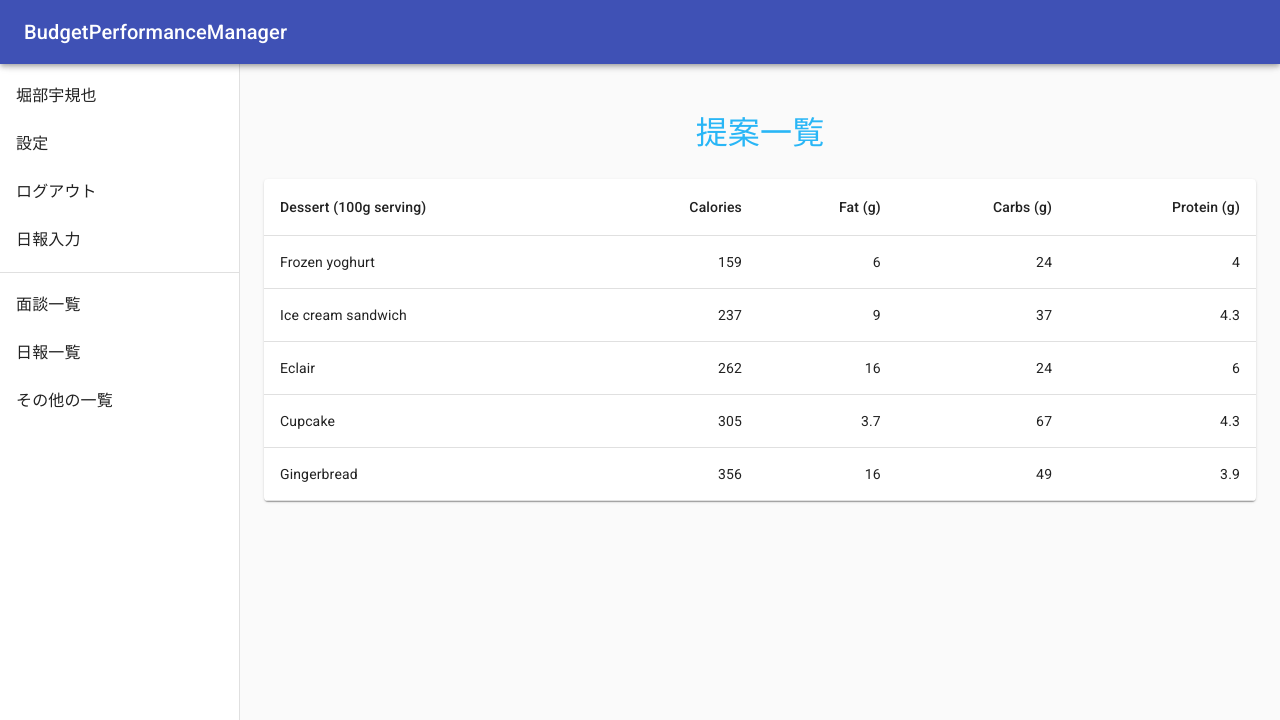
Repository: ukiyah/test
Page: / (app in src/)
These files come from the project's save history. The page is drawn as it stood at one moment and after the next save; the edit follows.
The browser window is 1280 px wide. The pictures show the whole page.
The project was rebuilt for these pictures with package versions that can differ from the ones it lists, and the page was loaded fresh each time. Also part of the build but not shown: src/material-dashboard-react.js, src/Navbars/ref_AdminNavbarLinks/customInputStyle.js, src/Navbars/ref_AdminNavbarLinks/CustomInput.js, src/Navbars/ref_AdminNavbarLinks/buttonStyle.js, src/Navbars/ref_AdminNavbarLinks/Button.js, src/Navbars/ref_AdminNavbarLinks/dropdownStyle.js, src/Navbars/ref_AdminNavbarLinks/headerLinksStyle.js, src/Navbars/AdminNavbarLinks.js and 4 more.

Above is the page before, as saved 2020-02-20 18:49:56.

After the next save:
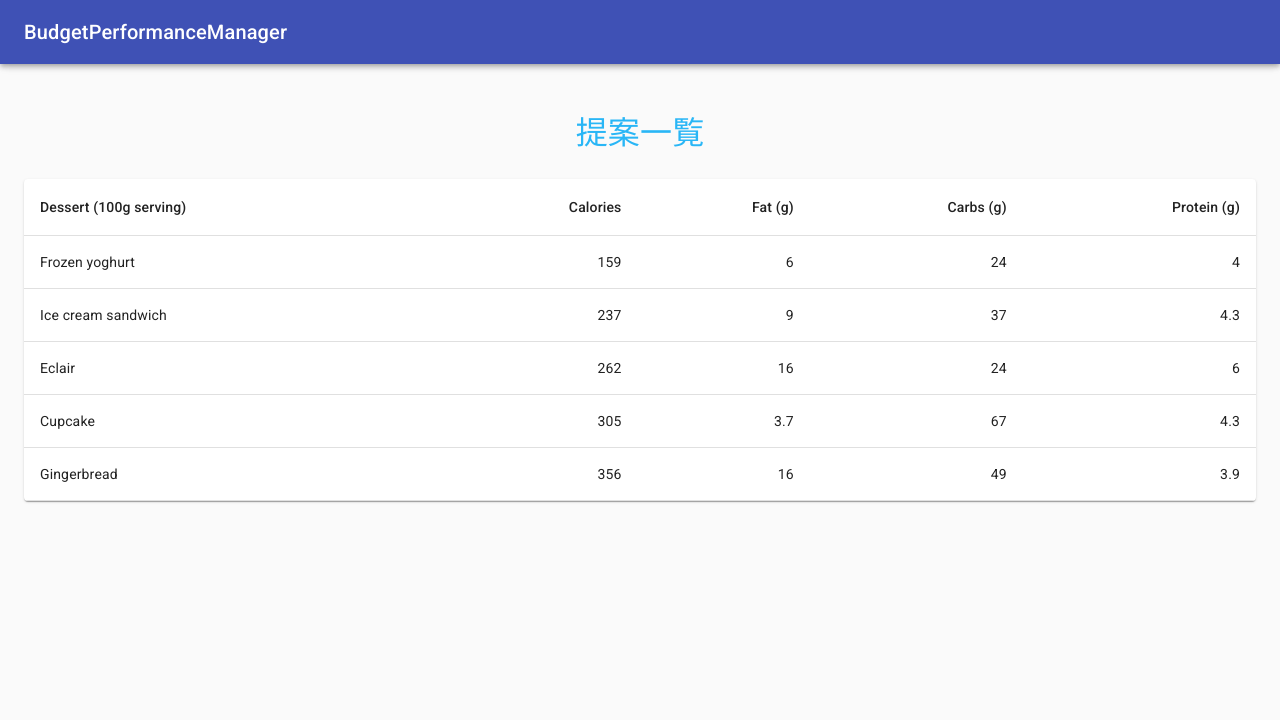
Saved 27 s later.
--- a/src/Drawer.js
+++ b/src/Drawer.js
@@ -51,7 +51,7 @@
       </AppBar>
       <Drawer
         className={classes.drawer}
-        variant="permanent"
+        // variant="permanent"
         classes={{
           paper: classes.drawerPaper,
         }}

After the save that followed:
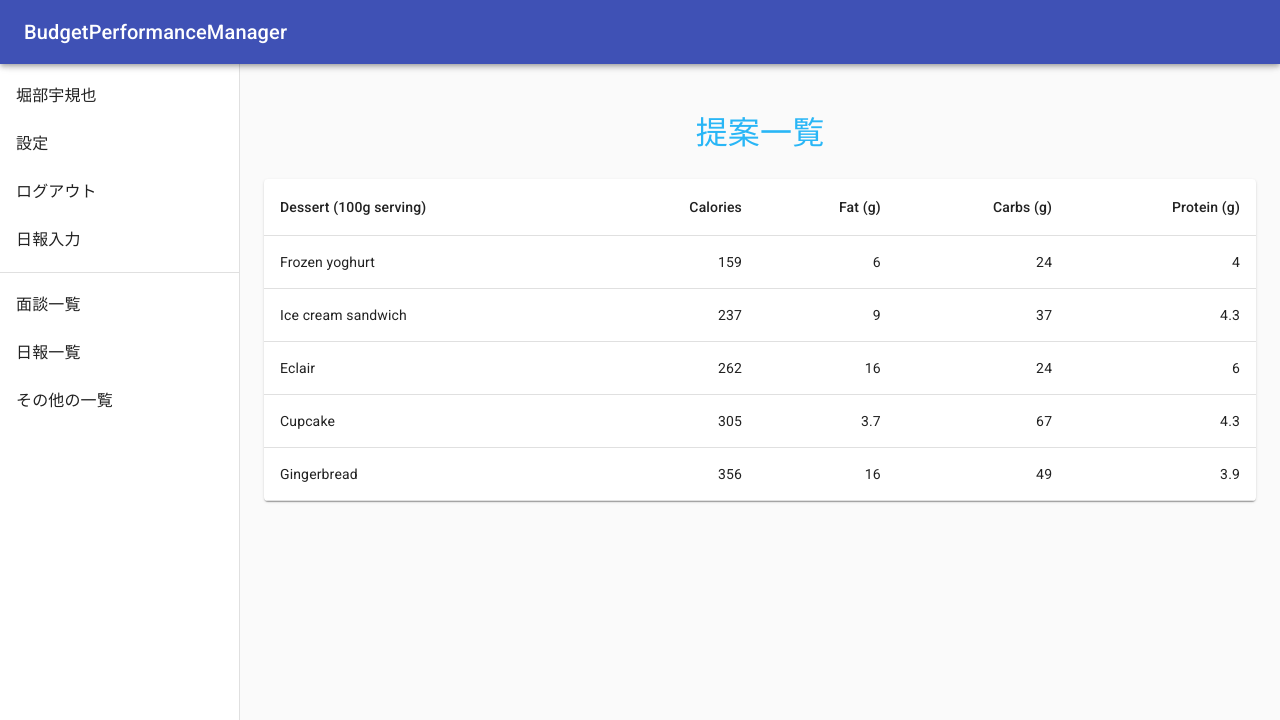
Saved 11 s later.
--- a/src/Drawer.js
+++ b/src/Drawer.js
@@ -51,7 +51,7 @@
       </AppBar>
       <Drawer
         className={classes.drawer}
-        // variant="permanent"
+        variant="permanent"
         classes={{
           paper: classes.drawerPaper,
         }}
